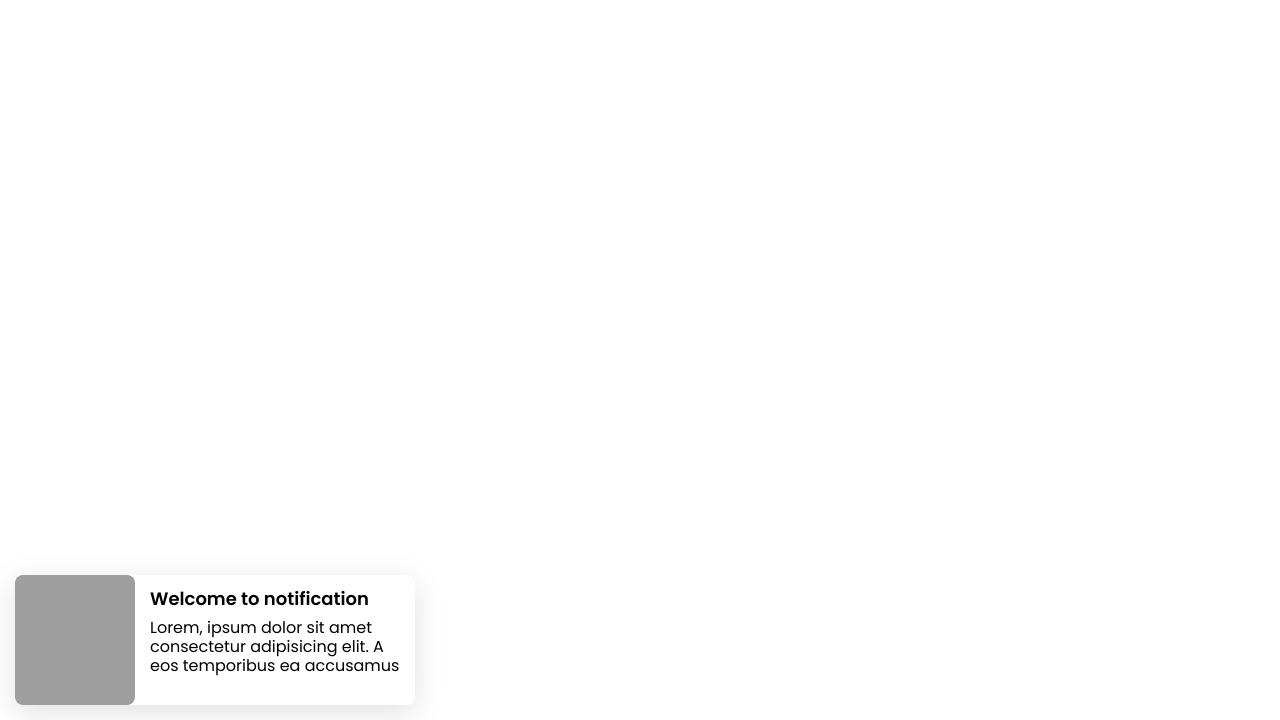
Repository: quoctri2008/test1
Page: notification.html
An editor plug-in stored every save of this project. The page is shown before and after the next save, followed by the edit.
The browser window is 1280 px wide. The pictures show the whole page.
Pictures or frames that could not be fetched are drawn as grey boxes.

Above is the page before, as saved 2021-09-08 15:45:34.

After the next save:
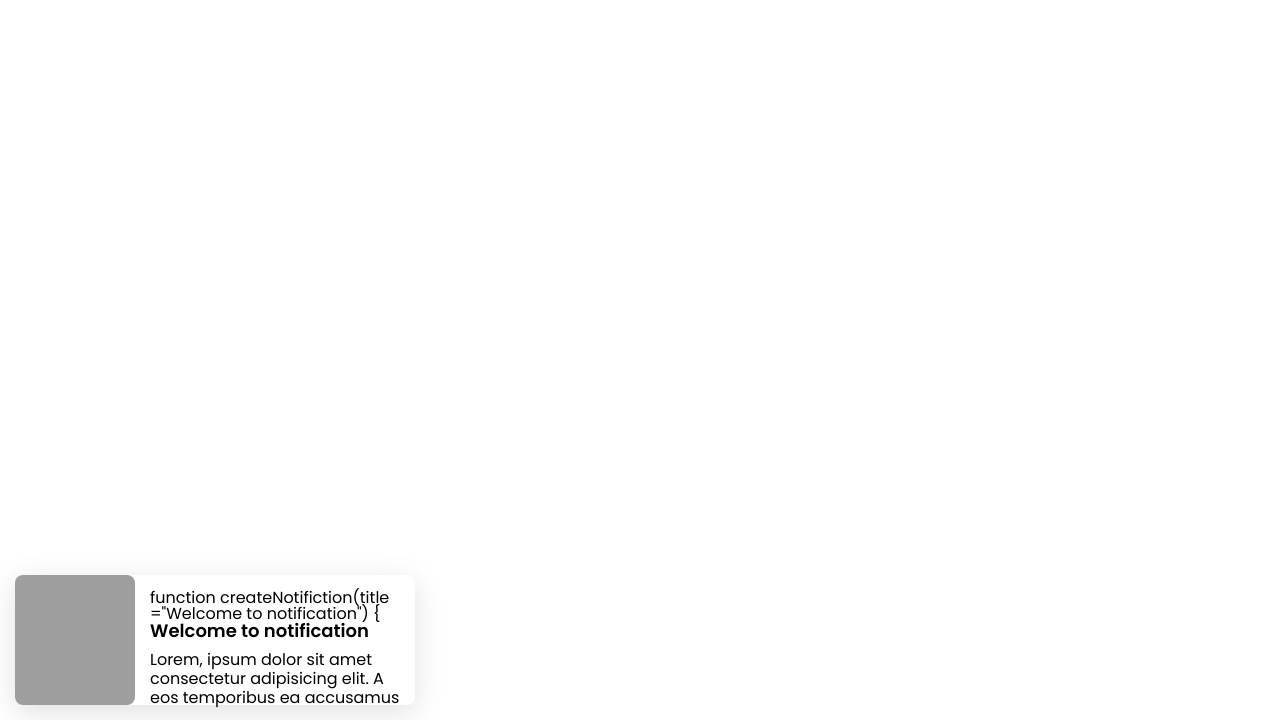
Saved 88 s later.
--- a/dom/notification-exercise.js
+++ b/dom/notification-exercise.js
@@ -1,9 +1,10 @@
 // Viết 1 function tạo ra thông báo
-function createNotifiction() {
+function createNotifiction(title = "Welcome to notification") {
   const template = `<div class="noti">
     <img src="https://source.unsplash.com/random" alt="" class="noti-img" />
     <div class="noti-content">
-      <h3 class="noti-title">Welcome to notification</h3>
+function createNotifiction(title ="Welcome to notification") {
+      <h3 class="noti-title">${title}</h3>
       <p class="noti-desc">
         Lorem, ipsum dolor sit amet consectetur adipisicing elit. A eos
         temporibus ea accusamus
